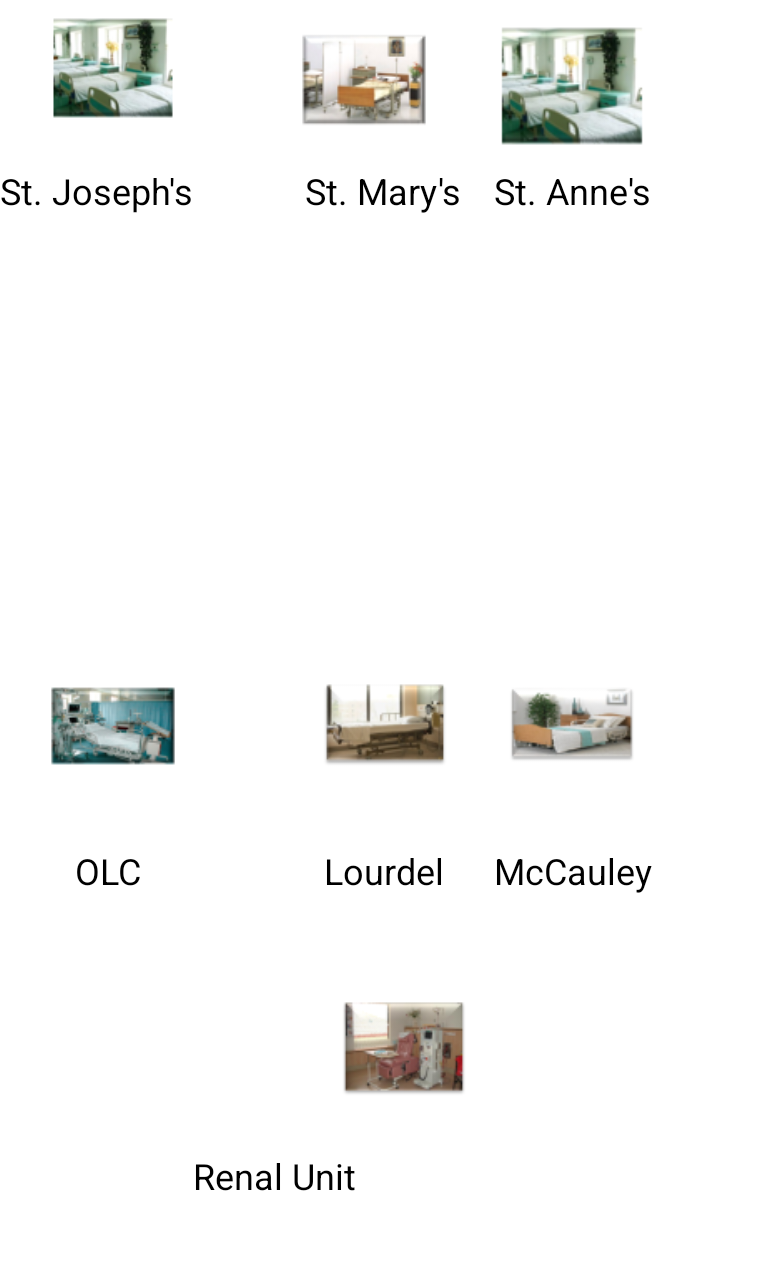
Repository: erwasambo/greendevelopment
Layout: GreenDevelopment/NASCuisine/res/layout/patientdash.xml
The author's editor kept a copy of each file at every save. The layout is drawn from the files as they stood at one save, then again after the next save.
It is drawn on a 768 x 1280 px phone screen (xhdpi) without system bars, with theme AppTheme; the app's code is not run.

Above is the layout before, as saved 2013-12-03 04:40:49.

After the next save:
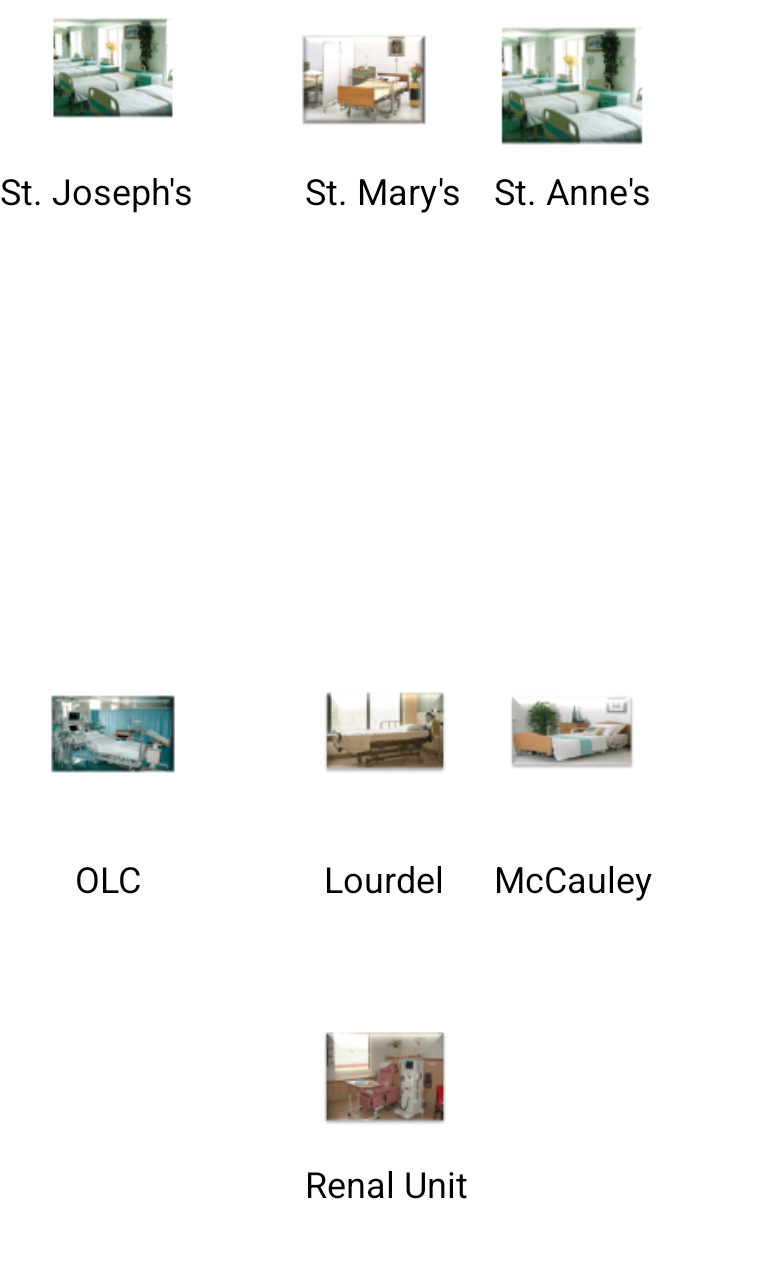
Saved 21 s later.
--- a/GreenDevelopment/NASCuisine/res/layout/patientdash.xml
+++ b/GreenDevelopment/NASCuisine/res/layout/patientdash.xml
@@ -11,16 +11,6 @@
         android:layout_alignBottom="@+id/textView1"
         android:layout_centerHorizontal="true"
         android:text="@string/stmary"
-        android:textAppearance="?android:attr/textAppearanceMedium" />
-
-    <TextView
-        android:id="@+id/textView7"
-        android:layout_width="wrap_content"
-        android:layout_height="wrap_content"
-        android:layout_alignParentBottom="true"
-        android:layout_marginBottom="40dp"
-        android:layout_toRightOf="@+id/textView1"
-        android:text="@string/renal"
         android:textAppearance="?android:attr/textAppearanceMedium" />
 
     <TextView
@@ -125,13 +115,22 @@
         android:layout_alignTop="@+id/imageView5"
         android:src="@drawable/mccauley" />
 
+    <TextView
+        android:id="@+id/textView7"
+        android:layout_width="wrap_content"
+        android:layout_height="wrap_content"
+        android:layout_alignLeft="@+id/imageView5"
+        android:layout_alignParentBottom="true"
+        android:layout_marginBottom="36dp"
+        android:text="@string/renal"
+        android:textAppearance="?android:attr/textAppearanceMedium" />
+
     <ImageView
         android:id="@+id/imageView7"
         android:layout_width="80dp"
         android:layout_height="80dp"
-        android:layout_alignLeft="@+id/textView5"
-        android:layout_below="@+id/textView5"
-        android:layout_marginTop="37dp"
+        android:layout_above="@+id/textView7"
+        android:layout_alignLeft="@+id/textView7"
         android:src="@drawable/renal" />
 
 </RelativeLayout>
